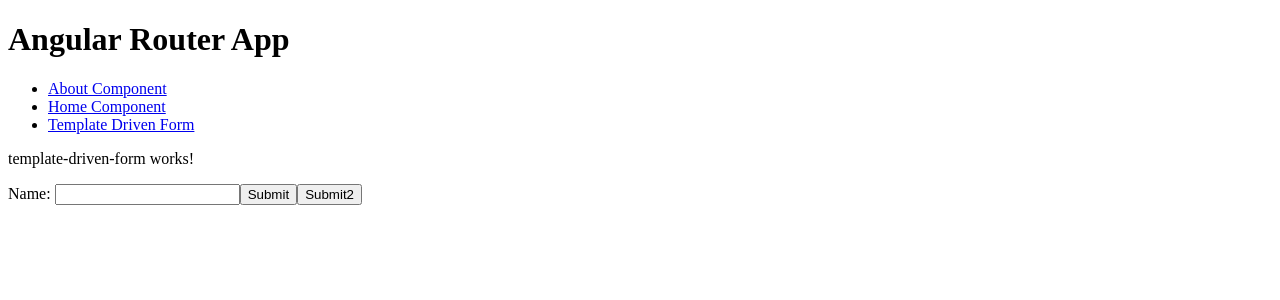
Repository: PhamTrungNguyen/Angular12
Page: /form (app in Angular/)
These files come from the project's save history. The page is drawn as it stood at one moment and after the next save; the edit follows.
The browser window is 1280 px wide. The pictures show the whole page.
The project was rebuilt for these pictures with package versions that can differ from the ones it lists, and the page was loaded fresh each time. Also part of the build but not shown: Angular/angular.json, Angular/src/app/home/home.component.ts, Angular/src/app/about/about.component.ts, Angular/src/app/page-not-found/page-not-found.component.ts.

Above is the page before, as saved 2023-01-03 22:13:13.

### Angular/src/app/app.module.ts
import { NgModule } from '@angular/core';
import { BrowserModule } from '@angular/platform-browser';

import { AppRoutingModule } from './app-routing.module';
import { AppComponent } from './app.component';
import { HomeComponent } from './home/home.component';
import { AboutComponent } from './about/about.component';
import { FormsModule } from '@angular/forms';
@NgModule({
  declarations: [AppComponent, HomeComponent, AboutComponent],
  imports: [BrowserModule, AppRoutingModule, FormsModule],
  providers: [],
  bootstrap: [AppComponent],
})
export class AppModule {}

### Angular/src/app/app-routing.module.ts
import { TemplateDrivenFormComponent } from './template-driven-form/template-driven-form.component';
import { HomeComponent } from './home/home.component';
import { AboutComponent } from './about/about.component';
import { PageNotFoundComponent } from './page-not-found/page-not-found.component';
import { NgModule } from '@angular/core';
import { RouterModule, Routes } from '@angular/router';

const routes: Routes = [
  { path: 'about', component: AboutComponent },
  { path: 'home', component: HomeComponent },
  { path: 'form', component: TemplateDrivenFormComponent },
  { path: '', component: HomeComponent },
  { path: '**', component: PageNotFoundComponent },
];

@NgModule({
  imports: [RouterModule.forRoot(routes)],
  exports: [RouterModule],
})
export class AppRoutingModule {}

### Angular/src/app/template-driven-form/template-driven-form.component.ts
import { Component } from '@angular/core';
import { HomeService } from '../Service/home.service';

@Component({
  selector: 'app-template-driven-form',
  templateUrl: './template-driven-form.component.html',
  styleUrls: ['./template-driven-form.component.scss'],
})
export class TemplateDrivenFormComponent {
  public name: string = '';
  constructor(private home: HomeService) {}
  public submitForm(): void {
    this.home.submitData(this.name);
  }
}

### Angular/src/app/app.component.html
<h1>Angular Router App</h1>
<!-- This nav gives you links to click, which tells the router which route to use (defined in the routes constant in  AppRoutingModule) -->
<nav>
    <ul>
        <li>
            <a routerLink="/about" routerLinkActive="active" ariaCurrentWhenActive="page">About Component</a>
        </li>
        <li>
            <a routerLink="/home" routerLinkActive="active" ariaCurrentWhenActive="page">Home Component</a>
        </li>
        <li>
            <a routerLink="/form" routerLinkActive="active" ariaCurrentWhenActive="page">Template Driven Form</a>
        </li>
    </ul>
</nav>
<!-- The routed views render in the <router-outlet>-->
<router-outlet></router-outlet>

### Angular/src/app/Service/home.service.ts
import { Injectable } from '@angular/core';

@Injectable({
  providedIn: 'root',
})
export class HomeService {
  public counter = 10;
  constructor() {}
  public count(n: number): number {
    return n * n;
  }
  public submitData(data: any): void {
    console.log('Data :', data);
  }
}

### Angular/src/app/template-driven-form/template-driven-form.component.html
<p>template-driven-form works!</p>
<form action="" (ngSubmit)=" submitForm()">
    Name:
    <input type="text" [(ngModel)]="name" [ngModelOptions]="{ standalone: true }" />
    <button (click)="submitForm()">Submit</button>
    <button>Submit2</button>
</form>

Loaded but not shown: Angular/src/index.html (common file); Angular/src/styles.scss (common file); Angular/src/main.ts (common file); Angular/src/app/app.component.ts (common file); Angular/src/app/app.component.scss (no stored copy; drawn as an empty file); Angular/src/app/template-driven-form/template-driven-form.component.scss (no stored copy; drawn as an empty file)

After the next save:
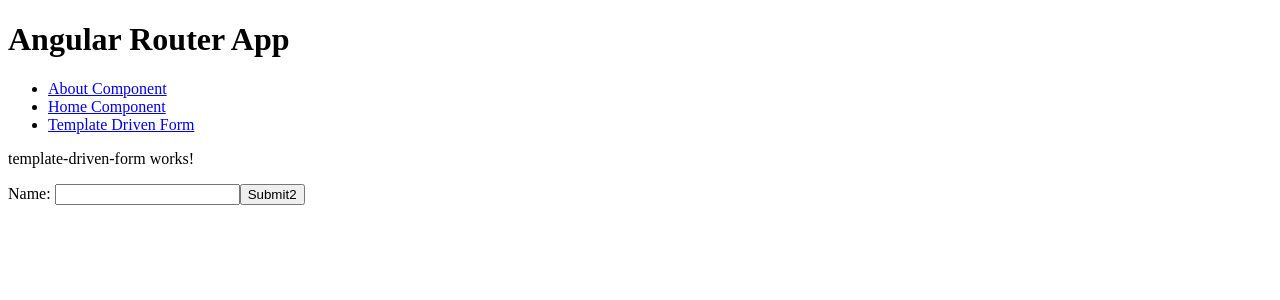
Saved 26 s later.
--- a/Angular/src/app/template-driven-form/template-driven-form.component.html
+++ b/Angular/src/app/template-driven-form/template-driven-form.component.html
@@ -2,6 +2,6 @@
 <form action="" (ngSubmit)=" submitForm()">
     Name:
     <input type="text" [(ngModel)]="name" [ngModelOptions]="{ standalone: true }" />
-    <button (click)="submitForm()">Submit</button>
+    <!-- <button (click)="submitForm()">Submit</button> -->
     <button>Submit2</button>
 </form>
